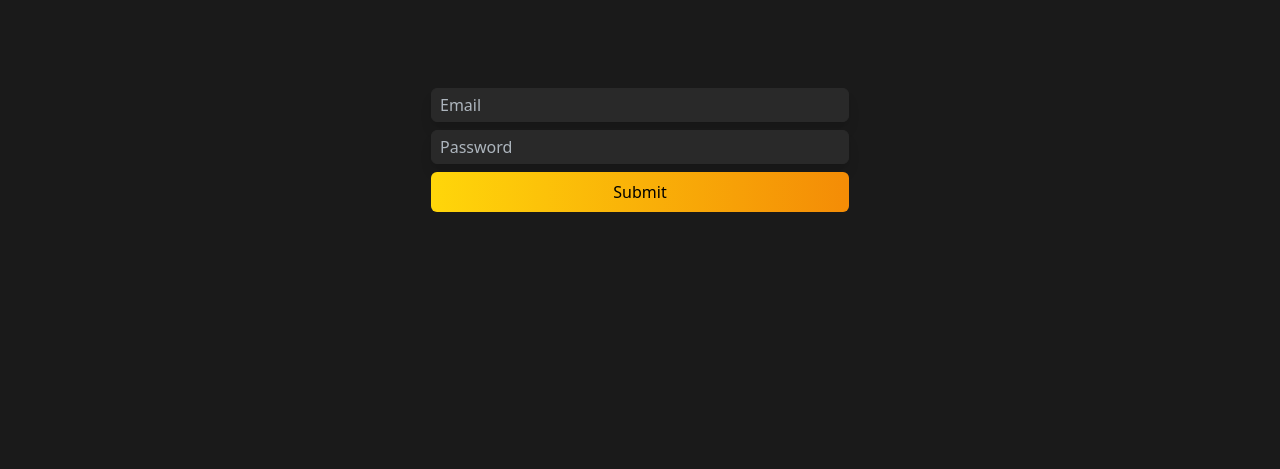
Repository: s-babaeizadeh/react-hook-form-with--zod-validation
Page: /
An editor plug-in stored every save of this project. The page is shown before and after the next save, followed by the edit.
The browser window is 1280 px wide. The pictures show the whole page.
The project was rebuilt for these pictures with package versions that can differ from the ones it lists, and the page was loaded fresh each time. Also part of the build but not shown: vite.config.ts.

Above is the page before, as saved 2024-08-13 17:25:42.

After the next save:
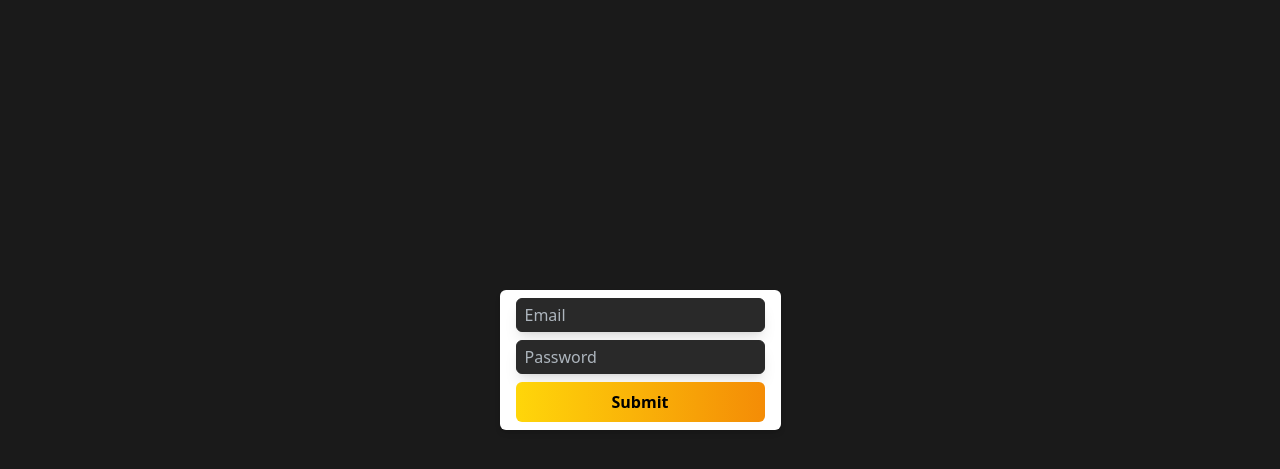
Saved 60 s later.
--- a/src/App.tsx
+++ b/src/App.tsx
@@ -27,26 +27,37 @@ const App = () => {
   };
 
   return (
-    <form
-      onSubmit={handleSubmit}
-      className="form gap-2 mt-20 max-w-[450px] mx-auto"
-    >
-      <input
-        type="text"
-        placeholder="Email"
-        value={email}
-        onChange={(e) => setEmail(e.target.value)}
-      />
-      {errors.email && <div className="text-red-500">{errors.email}</div>}
-      <input
-        type="password"
-        placeholder="Password"
-        value={password}
-        onChange={(e) => setPassword(e.target.value)}
-      />
-      {errors.password && <div className="text-red-500">{errors.password}</div>}
-      <button type="submit">Submit</button>
-    </form>
+    <div className="flex items-center justify-center h-screen">
+      <form
+        onSubmit={handleSubmit}
+        className="form gap-2 max-w-[450px] p-6 bg-white shadow-md rounded-md"
+      >
+        <input
+          type="text"
+          placeholder="Email"
+          value={email}
+          onChange={(e) => setEmail(e.target.value)}
+          className="border rounded px-3 py-2 w-full"
+        />
+        {errors.email && <div className="text-red-500">{errors.email}</div>}
+        <input
+          type="password"
+          placeholder="Password"
+          value={password}
+          onChange={(e) => setPassword(e.target.value)}
+          className="border rounded px-3 py-2 w-full"
+        />
+        {errors.password && (
+          <div className="text-red-500">{errors.password}</div>
+        )}
+        <button
+          type="submit"
+          className="bg-blue-500 hover:bg-blue-600 text-white font-bold py-2 px-4 rounded"
+        >
+          Submit
+        </button>
+      </form>
+    </div>
   );
 };
 
